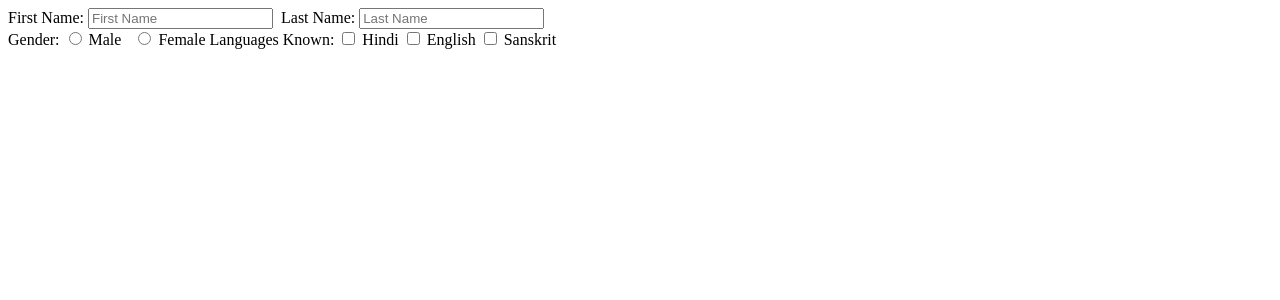
Repository: aman-1998/Full_Stack_Java_Development
Page: http://localhost/Form_N14/form_N1.jsp
An editor plug-in stored every save of this project. The page is shown before and after the next save, followed by the edit.
The browser window is 1280 px wide. The pictures show the whole page.
The page is served by Tomcat 9. Other server files are loaded and not shown.

Above is the page before, as saved 2021-10-22 20:16:46.

### Form_N14/WebContent/form_N1.jsp
<%@ page language="java" contentType="text/html; charset=ISO-8859-1"
    pageEncoding="ISO-8859-1"%>
<!DOCTYPE html>
<html>
<head>
<meta charset="ISO-8859-1">
<title>Insert title here</title>
</head>
<body>
	<form action="display.jsp" method="get">

		First Name: <input type="text" name="fname" placeholder="First Name">&nbsp;
		Last Name: <input type="text" name="lname" placeholder="Last Name"><br>

		Gender: <input type="radio"  name="gender" value="Male"> Male&nbsp;&nbsp;
				<input type="radio" name="gender" value="Female"> Female

		Languages Known: <input type="checkbox" name="checkbox" value="Hindi"> Hindi
						 <input type="checkbox" name="checkbox" value="English"> English
						 <input type="checkbox" name="checkbox" value="Sanskrit"> Sanskrit
	</form>
</body>
</html>

After the next save:
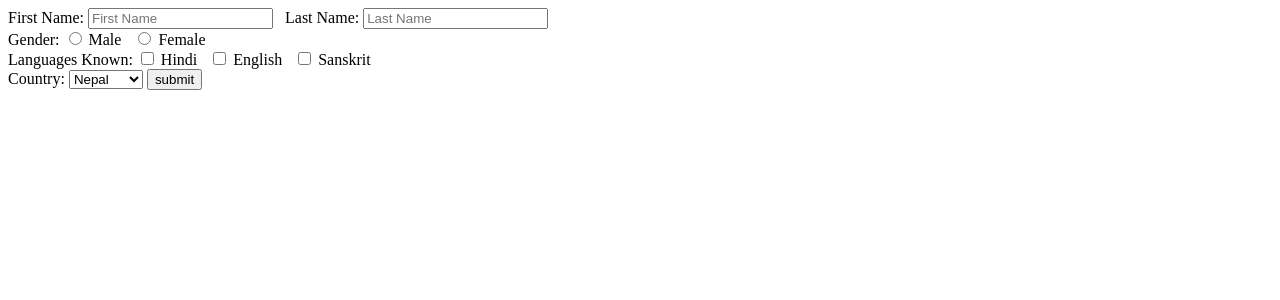
Saved 7 min 45 s later.
--- a/Form_N14/WebContent/form_N1.jsp
+++ b/Form_N14/WebContent/form_N1.jsp
@@ -9,15 +9,25 @@
 <body>
 	<form action="display.jsp" method="get">
 
-		First Name: <input type="text" name="fname" placeholder="First Name">&nbsp;
+		First Name: <input type="text" name="fname" placeholder="First Name">&nbsp;&nbsp;
 		Last Name: <input type="text" name="lname" placeholder="Last Name"><br>
 
 		Gender: <input type="radio"  name="gender" value="Male"> Male&nbsp;&nbsp;
-				<input type="radio" name="gender" value="Female"> Female
+				<input type="radio" name="gender" value="Female"> Female<br>
 
-		Languages Known: <input type="checkbox" name="checkbox" value="Hindi"> Hindi
-						 <input type="checkbox" name="checkbox" value="English"> English
-						 <input type="checkbox" name="checkbox" value="Sanskrit"> Sanskrit
+		Languages Known: <input type="checkbox" name="language" value="Hindi"> Hindi&nbsp;&nbsp;
+						 <input type="checkbox" name="language" value="English"> English&nbsp;&nbsp;
+						 <input type="checkbox" name="language" value="Sanskrit"> Sanskrit<br>
+		Country: <select name="country">
+				 	<option value="Nepal">Nepal</option>
+				 	<option value="China">China</option>
+				 	<option value="Nepal">India</option>
+				 	<option value="China">USA</option>
+				 	<option value="Russia">Russia</option>
+				 	<option value="Australia">Australia</option>
+				 </select>
+		<input type="submit" value="submit">
+
 	</form>
 </body>
 </html>
